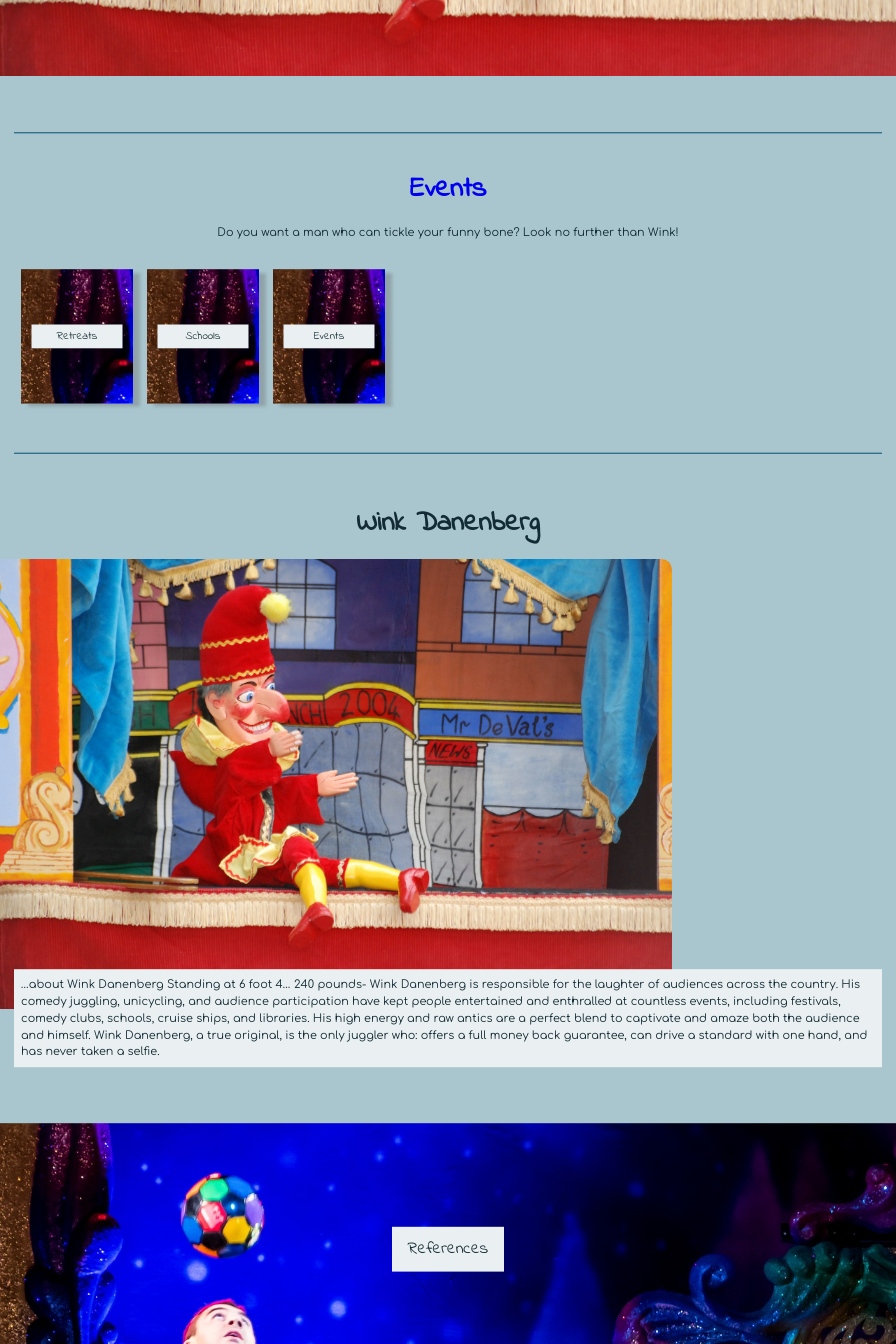
Repository: Sbethm/wink
Page: index.html
An editor plug-in stored every save of this project. The page is shown before and after a run of saves, followed by the edit.
The browser window is 1280 px wide. The pictures show the part of the page from y = 612 to 2532 px (the page is 5473 px tall before and 5311 px after), at 70% of full size.
The style sheet was rebuilt from its Sass, Less or Tailwind sources for each picture, by a compiler version that may differ from the author's.

Above is the page before, as saved 2021-09-08 14:10:56.

### index.html
<!DOCTYPE html>
<html lang="en">
<head>
    <meta charset="UTF-8">
    <meta http-equiv="X-UA-Compatible" content="IE=edge">
    <meta name="viewport" content="width=device-width, initial-scale=1.0">
    <link rel="preconnect" href="https://fonts.googleapis.com">
    <link rel="preconnect" href="https://fonts.gstatic.com" crossorigin>
    <link href="https://fonts.googleapis.com/css2?family=Acme&family=Comfortaa:wght@400;500;600;700&family=Indie+Flower&display=swap" rel="stylesheet">
    <!--
        font-family: 'Acme', sans-serif;
        font-family: 'Comfortaa', cursive;
        font-family: 'Indie Flower', cursive;
    -->

    <link rel="stylesheet" href="./CSS/main.css">
    <title>Wink Danenberg: The Greatest Showman</title>
</head>
<body>
    <header id="headerBg">
        <h1 id="logo">Wink</h1>
        <div class="menu--btn">
            <ul class="menu">
                <li class="menu--item">Shows</li>
                <li class="menu--item">Wink</li>
                <li class="menu--item">Calender</li>
                <li class="menu--item">Contact</li>
            </ul>
        </div>
    </header>
    <main>
        <section class="main--slideshow">
            <!--images are set on automatic slide-->
                <img src="./img/img1.jpg" alt="" id="slide--img">
                <img src="./img/img2.jpg" alt="" id="slide--img">
                <img src="./img/img3.jpg" alt="" id="slide--img">
            <div class="slideshow--quote">Comedy for the Whole Family!</div>
        </section>
        <!--EVENTS-
            Description of Wink's shows. What does he do? Who are the shows geared towards? etc.-->
        <section class="event">
            <div class="container container--event">
                <a href="./events.html"><h2 class="heading--center">Events</h2></a>
                <p class="info--short center">Do you want a man who can tickle your funny bone? Look no further than Wink!</p>
                <div class="event--slideshow">
                    <!--each div is set on a swipe slide-->
                    <a href=""><div class="event--retreats event--slide">
                        <p class="event--type">Retreats</p>
                    </div></a>
                    <a href=""><div class="event--schools event--slide">
                        <p class="event--type">Schools</p>
                    </div></a>
                    <a href=""><div class="event--events event--slide">
                        <p class="event--type">Events</p>
                    </div></a>
                </div>
            </div>
        </section>
         <!--WINK-
            Who is Wink? A little about Wink and his past experience as a showman -->
        <section class="wink">
            <div class="container container--wink">
                <h2 class="heading--center">Wink Danenberg</h2>
                <div class="img--container">
                    <img src="./img/img2.jpg" alt="" class="img--set--left js--scroll">
                </div>
                <p class="text--full--center">
                    …about Wink Danenberg
                    Standing at 6 foot 4… 240 pounds- Wink Danenberg is responsible for the laughter of audiences  across the country. His comedy juggling, unicycling, and audience participation have kept people  entertained and enthralled at countless events, including festivals, comedy clubs, schools, cruise
                    ships, and libraries. His high energy and raw antics are a perfect blend to captivate and amaze  both the audience and himself. Wink Danenberg, a true original, is the only juggler who: offers a  full money back guarantee, can drive a standard with one hand, and has never taken a selfie.
                </p>
            </div>
        </section>
         <!--REFERENCES-
            A section with a link to references for Wink's shows-->
        <section class="references cover">
            <!--CHANGE BTN TO DIV & CHECK CSS-->
            <div class="link--click ">References</div>
        </section>
         <!-- HIGHLIGHTS-
            A section that shows some of the highlights of his experience-->
        <section class="highlights">
            <div class="container container--highlights">
                <h2 class="heading--center">Highlights</h2>
                <div class="highlights--block">
                    <img src="./img/img2.jpg" alt="" class="img--set--right js--scroll">
                <p class="text--small--center">As Seen at Letter Man!</p>
                </div>
                <div class="highlights--block">
                    <img src="./img/img2.jpg" alt="" class="img--set--left js--scroll">
                    <p class="text--small--center">As Seen at Letter Man!</p>
                </div>
                <div class="highlights--block">
                        <img src="./img/img2.jpg" alt="" class="img--set--right js--scroll">
                    <p class="text--small--center">As Seen at Letter Man!</p>
                </div>
            </div>
        </section>
         <!--CONTACT-
            email and (maybe) phone information about how to contact Wink-->
        <section class="contact cover">
            <!--CHANGE BTN TO DIV & CHECK CSS-->
            <div class="link--click ">Contact</div>
        </section>
    </main>
    <footer></footer>
    <script src="./JS/main.js"></script>
</body>
</html>

### JS/main.js
/*
 TABLE OF CONTENTS
    1.
    2.
    3.
    4.
    5.
*/


//1. HEADER CAROUSEL
    //Header variables
    const slides = document.querySelectorAll('#slide--img');
    const headerBg = document.getElementById('headerBg');
    const logo = document.getElementById('logo');

    //Changing header on scroll
    window.onscroll = function() {
        if (window.scrollY > 130) {
            headerBg.style.background = 'rgb(234, 240, 241)';
            headerBg.style.borderBottom = 'solid 1px rgb(19, 43, 53)';
            logo.style.color = 'rgb(19, 43, 53)';
        } else {
            headerBg.style.background = 'none';
            headerBg.style.borderBottom = 'solid 1px rgb(234, 240, 241)';
            logo.style.color = 'rgb(234, 240, 241)';
        }
    }

    //Index main slideshow
    setInterval(nextImg, 4000);

    let currentImg = 0;
    slides[currentImg].style.opacity = 1;

    function nextImg() {
        slides[currentImg].style.opacity = 0;
        currentImg = (currentImg + 1) % slides.length;
        slides[currentImg].style.opacity = 1;
    }

//2. SCROLL ANIMATIONS
    //Scroll variables
    const scrollElements = document.querySelectorAll(".js--scroll");
    const fromLeftElements = document.querySelectorAll(".img--set--left");
    const fromRightElements = document.querySelectorAll(".img--set--right");

    //When element is on screen or off scree
    const elementInView = (el) => {
    const elementTop = el.getBoundingClientRect().top;

    return (
        elementTop <=
        (window.innerHeight || document.documentElement.clientHeight));
    };

    const elementOutofView = (el) => {
    const elementTop = el.getBoundingClientRect().top;

    return (
        elementTop > (window.innerHeight || document.documentElement.clientHeight)
    );
    };

    //Fade-In & Fade-out functions
    const displayScrollElement = (element) => {
    element.classList.add("scrolled");
    };
    const hideScrollElement = (element) => {
    element.classList.remove("scrolled");
    };

    //Shift left functions
    const shiftOnScreenLeft = (el) => {
        el.classList.add('shifted--from--left');
    }
    const shiftOffScreenLeft = (el) => {
        el.classList.remove('shifted--from--left');
    }

    //Shift right functions into view
    const shiftOnScreenRight = (el) => {
        el.classList.add('shifted--from--right');
    }
    const shiftOffScreenRight = (el) => {
        el.classList.remove('shifted--from--right');
    }


const handleOpacityAnimation = () => {
  scrollElements.forEach((el) => {
    if (elementInView(el)) {
        displayScrollElement(el);
    } else if (elementOutofView(el)) {
        hideScrollElement(el)
    }
  })
}

const handleShiftAnimationLeft = () => {
    fromLeftElements.forEach((el) => {
    if (elementInView(el)) {
        shiftOnScreenLeft(el)
    } else if (elementOutofView(el)) {
        shiftOffScreenLeft(el)
    }
  })
}

const handleShiftAnimationRight = () => {
    fromRightElements.forEach((el) => {
    if (elementInView(el)) {
        shiftOnScreenRight(el)
    } else if (elementOutofView(el)) {
        shiftOffScreenRight(el)
    }
  })
}

window.addEventListener("scroll", () => {
    handleOpacityAnimation();
    handleShiftAnimationLeft();
    handleShiftAnimationRight();
})

// const fadeEl = document.querySelectorAll('.js--scroll');

// fadeEl.forEach((el) => {
//     el.style.opacity = '0';
// });

// const elInView = (el) => {
//     const elementTop = el.getBoundingClientRect().top;
//     return (elementTop <= window.innerHeight || document.documentElement.clientHeight);
// }

// const displayElement = (el) => {
//     el.classList.add('scrolled');
// }

// const scrollAnimation = () => {
//     fadeEl.forEach((el) => {
//         if(elInView(el, 100)){
//             displayElement(el);
//         }
//     })
// }

// window.addEventListener("scroll", () => {
//     scrollAnimation();
//   });

//SLIDE-IN

### SCSS/main.scss
@import "./resets", "./variables";


//GENERAL STYLING
body{
    width: 100vw;
    background-color: $bgColor1;
    overflow-x: hidden;
}

main {
    overflow-x: hidden;
}

section {
    width: 100vw;
    height: fit-content;
    background-color: $bgColor1;
    color: $accentColor1;
    font-family: $mainFont;
    font-size: 1rem;
}

.container {
    margin: 60px 20px;
    padding: 60px 0;
    width: calc(100vw - 40px);
    background-color: $bgColor1;
    border-top: solid 2px $accentColor2;
    border-bottom: solid 2px $accentColor2;
}

.heading--center {
    padding-bottom: 30px;
    width: 100%;
    font-family: $accentFont;
    font-size: 2.5rem;
    text-align: center;
}

.link--click {
    width: 10rem;
    height: 4rem;
    font-family: $accentFont;
    font-size: 1.5rem;
    color: $accentColor1;
    text-align: center;
    line-height: 4rem;
    background-color: $bgColor2;
}

a {
    text-decoration: none;
}

p {
    font-family: $mainFont;
    font-size: 1rem;
    line-height: 1.5rem;
}

.center {
    padding-bottom: 30px;
    width: 100%;
    text-align: center;
}

//HEADER AND MAIN SLIDESHOW
header {
    position: fixed;
    top: 0;
    height: 4rem;
    width: 100vw;
    padding: 1rem;
    z-index: 9;
    overflow: hidden;
    background: aliceblue;
    border-bottom: solid 1px rgb(13, 81, 139);
    transition: all 0.50s ease-in;
    box-sizing: border-box;

    & h1 {
        font-family: $accentFont;
        font-size: 2rem;
        color: rgb(13, 81, 139);
        transition: all 0.50s ease-in;
    }
}

.menu--item{
    display: none;
}

.main--slideshow {
    height: 100vh;
    width: 100vw;
    background-color: #000;
}

#slide--img {
    position: absolute;
    top: 0;
    left: 0;
    width: 100%;
    height: 100%;
    object-fit: cover;
    overflow: hidden;
    opacity: 0;
    transition: all 0.75s ease-in;
    z-index: 0;
}

.slideshow--quote {
    position: absolute;
    top: calc(100vh - 75vh);
    width: 100vw;
    font-size: 5rem;
    font-family: $headerFont;
    font-weight: 800;
    color: aliceblue;
    text-align: center;
}

//EVENTS
.event{
    padding-top: 20px;
}

.event--slideshow {
    display: flex;
    flex-direction: row;
    overflow: scroll;

    & .event--slide {
        margin: 10px;
        width: 10rem;
        height: 12rem;
        display: grid;
        background-image: url(../img/img1.jpg);
        box-shadow: 10px 5px 5px rgba(100, 100, 100, 0.377);
        grid-template-columns: 100%;
        justify-items: center;
        align-items: center;

        & .event--type {
            padding: 5px;
            width: 75%;
            background-color: $bgColor2;
            font-family: $accentFont;
            color: $accentColor1;
            text-align: center;
        }
    }
}

//ABOUT WINK
.container--wink {
    margin: 0 20px;
    padding: 20px 0;
    border: hidden;
}

.img--set--left {
    width: 75vw;
    position: relative;
    left: -350px;
    z-index: 1;
    border-radius: 0 15px 15px 0;
    transition: all 3000ms;

    &.shifted--from--left {
    left: -20px;
    }
}

.text--full--center {
    position: relative;
    padding: 10px;
    top: -60px;
    z-index: 2;
    background-color: $bgColor2;
}

//REFERENCES and CONTACT
.cover {
    width: 100vw;
    height: 50vh;
    display: flex;
    justify-content: center;
    align-items: center;
    background-image: url(../img/img1.jpg);
}

//HIGHLIGHTS
.container--highlights{
    margin-left: 0;
    margin-right: 0;
    width: auto;
    border-top: hidden;
    border-bottom: hidden;
}

.highlights--block {
    display: grid;
    grid-template-columns: 100vw;
    grid-template-rows: 25% 75%;
    width: 100vw;
    overflow-x: hidden;

    & .img--set--right {
        grid-area: 1/1/2/3;
        justify-self: flex-end;
        width: 75vw;
        z-index: 1;
        border-radius: 15px 0 0 15px;
        padding-left: 100vw;
        transition: all 3000ms;
    }

    & .shifted--from--right{
        padding-left: 0px;
    }

    & .img--set--left {
        grid-area: 1/1/2/3;
        justify-self: flex-start;
        width: 75vw;
        z-index: 1;
        border-radius: 0 15px 15px 0;
        transition: all 3000ms;
    }

    & .text--small--center {
        align-self: center;
        justify-self: center;
        width: 75%;
        height: 5rem;
        padding: 10px;
        z-index: 2;
        background-color: $bgColor2;
        text-align: center;
        line-height: 5rem;
    }
}





//CONTACT *see references

//JAVASCRIPT ELEMENTS
.js--scroll {
    opacity: 0;
    transition: all 3000ms;
}

.js--scroll.scrolled{
    opacity: 1;
}

### SCSS/_variables.scss
//FONTS
$headerFont: 'Acme', sans-serif;
$accentFont: 'Indie Flower', cursive;
$mainFont: 'Comfortaa', cursive;

//COLORS
// $bgColor1: rgb(207, 184, 169);
// $bgColor2: rgb(241, 237, 234);
// $accentColor1: rgb(53, 33, 19);
// $accentColor2: rgb(83, 50, 27);
$bgColor1: rgb(169, 198, 207);
$bgColor2: rgb(234, 240, 241);
$accentColor1: rgb(19, 43, 53);
$accentColor2: rgb(51, 114, 141);

Loaded but not shown: SCSS/_resets.scss (common file)

After the next 2 saves:
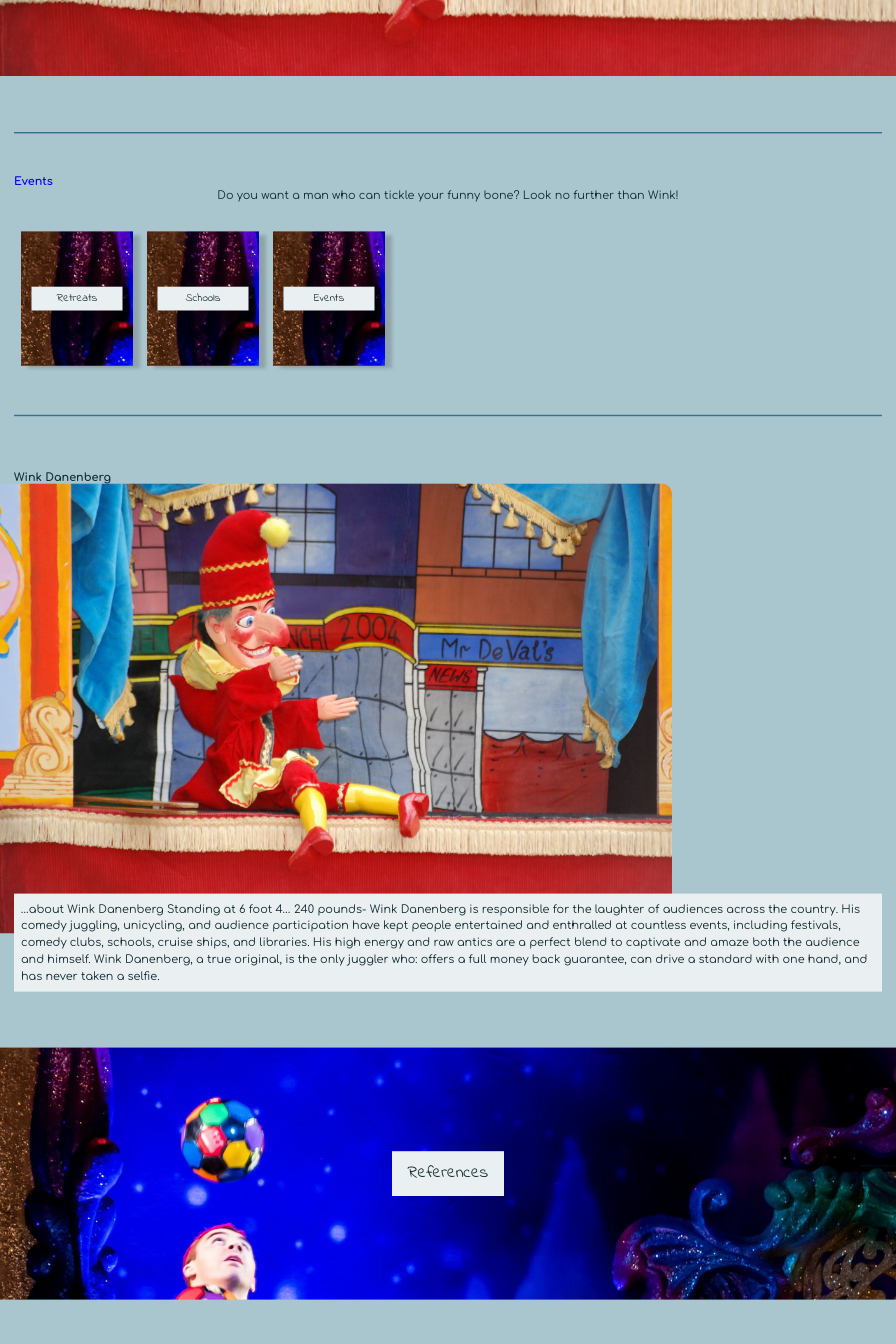
The 2 saves are shown as one change because they came seconds apart.
The last was saved 34 s later.
--- a/SCSS/main.scss
+++ b/SCSS/main.scss
@@ -28,14 +28,6 @@
     background-color: $bgColor1;
     border-top: solid 2px $accentColor2;
     border-bottom: solid 2px $accentColor2;
-}
-
-.heading--center {
-    padding-bottom: 30px;
-    width: 100%;
-    font-family: $accentFont;
-    font-size: 2.5rem;
-    text-align: center;
 }
 
 .link--click {

After the 2 saves that followed:
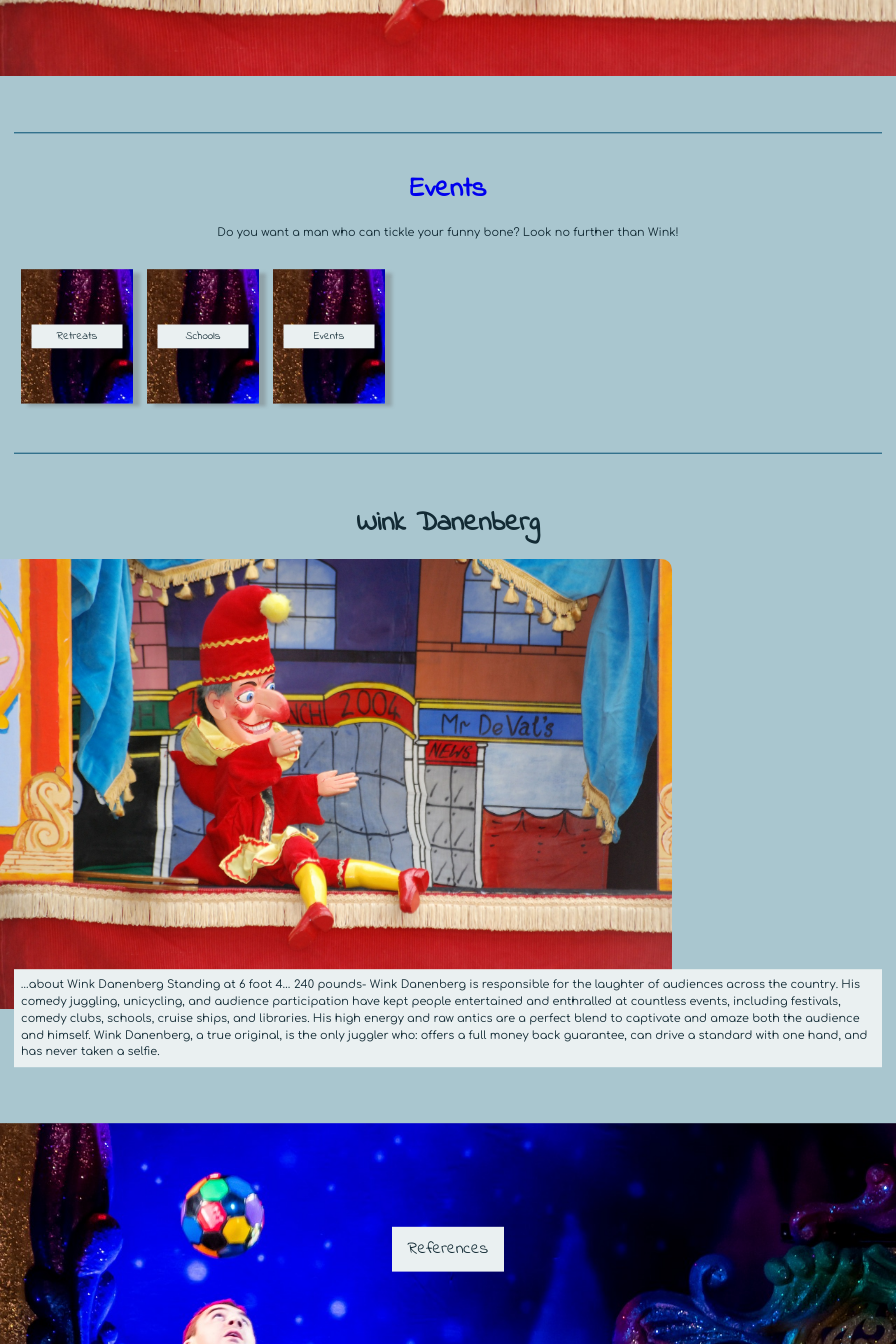
The 2 saves are shown as one change because they came seconds apart.
The last was saved 7 s later.
--- a/SCSS/main.scss
+++ b/SCSS/main.scss
@@ -49,6 +49,14 @@
     font-family: $mainFont;
     font-size: 1rem;
     line-height: 1.5rem;
+}
+
+.heading--center {
+    padding-bottom: 30px;
+    width: 100%;
+    font-family: $accentFont;
+    font-size: 2.5rem;
+    text-align: center;
 }
 
 .center {
